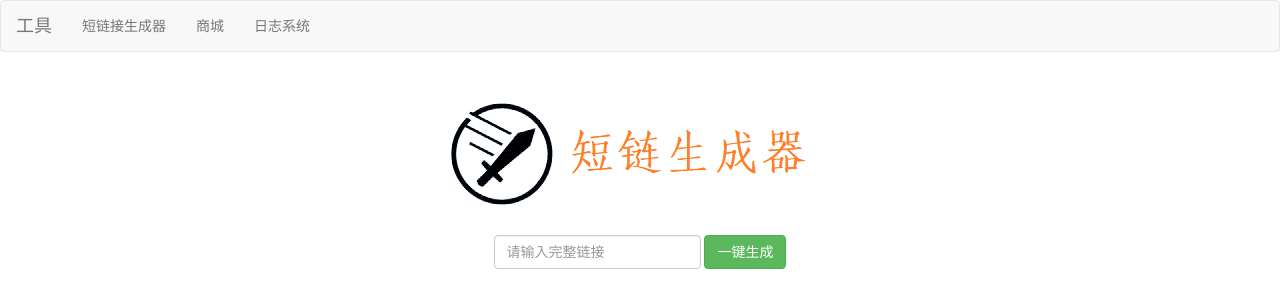
Repository: gwjczwy/CTF-Exercises
Page: http://localhost/tools/
These files come from the project's save history. The page is drawn as it stood at one moment and after the next save; the edit follows.
The browser window is 1280 px wide. The pictures show the whole page.
The page is served by the project's application, run on Django 2.2 (manage.py). Other server files are loaded and not shown.

Above is the page before, as saved 2019-04-29 15:56:02.

### tools/views.py
from django.shortcuts import render
from django.views.decorators.csrf import csrf_exempt
from django.http import HttpResponse


def index(requests):
    return render(requests,'tools/index.html',{'toolname':'index'})

def shop(requests):
    data={}
    data['toolName']="shop"
    return render(requests, 'tools/index.html', data)

def surl(requests):
    data={}
    data['toolName']="surl"
    data['parameter']="index"
    return render(requests, 'tools/index.html', data)

def surls(requests,parameter):
    data={}
    data['toolName']="surl"
    data['parameter']="link"
    print(parameter)


    return render(requests, 'tools/index.html', data)


def logs(requests):
    data={}
    data['toolName']="logs"

    return render(requests, 'tools/index.html', data)

### tools/templates/tools/index.html
{% load staticfiles %}
{% include "./head.html" %}

	<div style="text-align: center;">
		<img style="margin: 30px auto 0;" title="网盘搜索" src="{% static "tools/surl.png" %}">
		<div style="margin: 30px auto 30px;" class="form-inline" name="searcNhBar">
				<input id="name" type="text" class="form-control" placeholder="请输入完整链接">
				<input type="submit" class="btn btn-success" value="一键生成" onclick="send()">
		</div>
	</div>

	<script type="text/javascript">
		function send()
		{
			var content = document.getElementById("input").value;
			$.post('/query', {'content':content,'checkValue':check,'checkId':checkid},
				function(data){
					if(data['message']=="success"){
                        var d=document.getElementById("result");
                        while(d.hasChildNodes()) //清空结果集
                        {
                            d.removeChild(d.firstChild);
                        }
                        var arr=data['content']//添加搜索到的数据
                        for(var i = 0, len = arr.length; i < len; i++){
                            d.insertAdjacentHTML('beforeend',arr[i]);
                        }
					}else{
                        var d=document.getElementById("result");
                        while(d.hasChildNodes()) //清空结果集
                        {
                            d.removeChild(d.firstChild);
                        }
                        d.insertAdjacentHTML('beforeend','<h1>完蛋,出错了!!</h1>');
					}
				}
			);
		}
	</script>


</html>

### tools/templates/tools/head.html
{% load staticfiles %}
<!doctype html>
<html>
	<head>
		<meta charset="utf-8">
		<title>内部人员专用工具</title>
		<link rel="stylesheet" href="{% static "tools/bootstrap.min.css" %}">
		<script src="{% static "tools/jquery.min.js" %}"></script>
		<script src="{% static "tools/bootstrap.min.js" %}"></script>
	</head>

	<body>
	<nav class="navbar navbar-default" role="navigation">
		<div class="container-fluid">
		<div class="navbar-header">
			<a class="navbar-brand" href="#">工具</a>
		</div>
			<div>


				<ul class="nav navbar-nav">
					<li {% if toolName == "surl" %} class="active" {% endif %}><a href="/tools/s">短链接生成器</a></li>
				</ul>
				<ul class="nav navbar-nav">
					<li {% if toolName == "shop" %} class="active" {% endif %}><a href="/tools/shop">商城</a></li>
				</ul>
				<ul class="nav navbar-nav">
					<li {% if toolName == "logs" %} class="active" {% endif %}><a href="/tools/logs">日志系统</a></li>
				</ul>
			</div>
		</div>
	</nav>

### 训练平台/urls.py
from django.contrib import admin
from django.urls import path,include

urlpatterns = [
    path('tools/', include('tools.urls')),
    path('', include('sql.urls')),
    # path('admin/', admin.site.urls),
]

### tools/urls.py
from django.urls import path
from . import views

app_name='tools'
urlpatterns=[
    path('s/<str:parameter>/',views.surls), #带连接参数的短链接
    path('s/',views.surl), #短链接
    path('shop',views.shop),#商店
    path('logs',views.logs),#商店
    path('',views.index),#主页
]

### sql/urls.py
from django.urls import path
from . import views

app_name='sql'
urlpatterns=[
    path('',views.index),#主页
    path('query',views.query),#查询
    path('getcheck',views.getCheck),#获取一个验证码
    path('check',views.checkCheck),#验证一个验证码
    path('url',views.checkCheck),#验证一个验证码
]

Loaded but not shown: tools/static/tools/bootstrap.min.css (library); tools/static/tools/jquery.min.js (library); tools/static/tools/bootstrap.min.js (library)

After the next save:
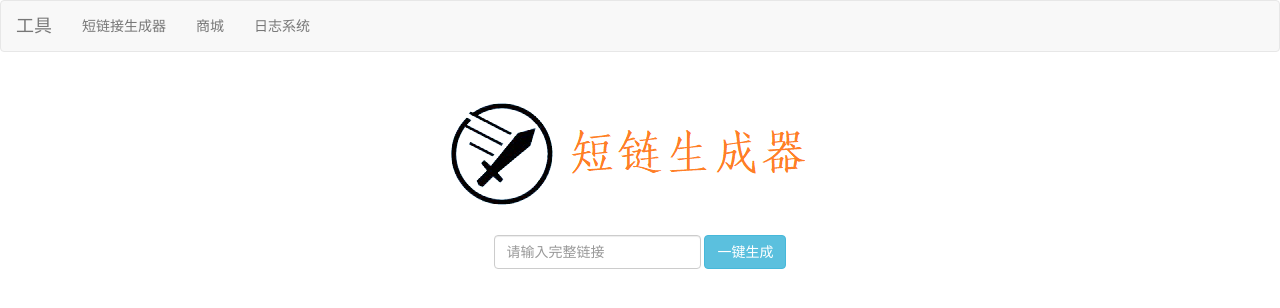
Saved 20 s later.
--- a/tools/templates/tools/index.html
+++ b/tools/templates/tools/index.html
@@ -5,7 +5,7 @@
 		<img style="margin: 30px auto 0;" title="网盘搜索" src="{% static "tools/surl.png" %}">
 		<div style="margin: 30px auto 30px;" class="form-inline" name="searcNhBar">
 				<input id="name" type="text" class="form-control" placeholder="请输入完整链接">
-				<input type="submit" class="btn btn-success" value="一键生成" onclick="send()">
+				<input type="submit" class="btn btn-info" value="一键生成" onclick="send()">
 		</div>
 	</div>
 
